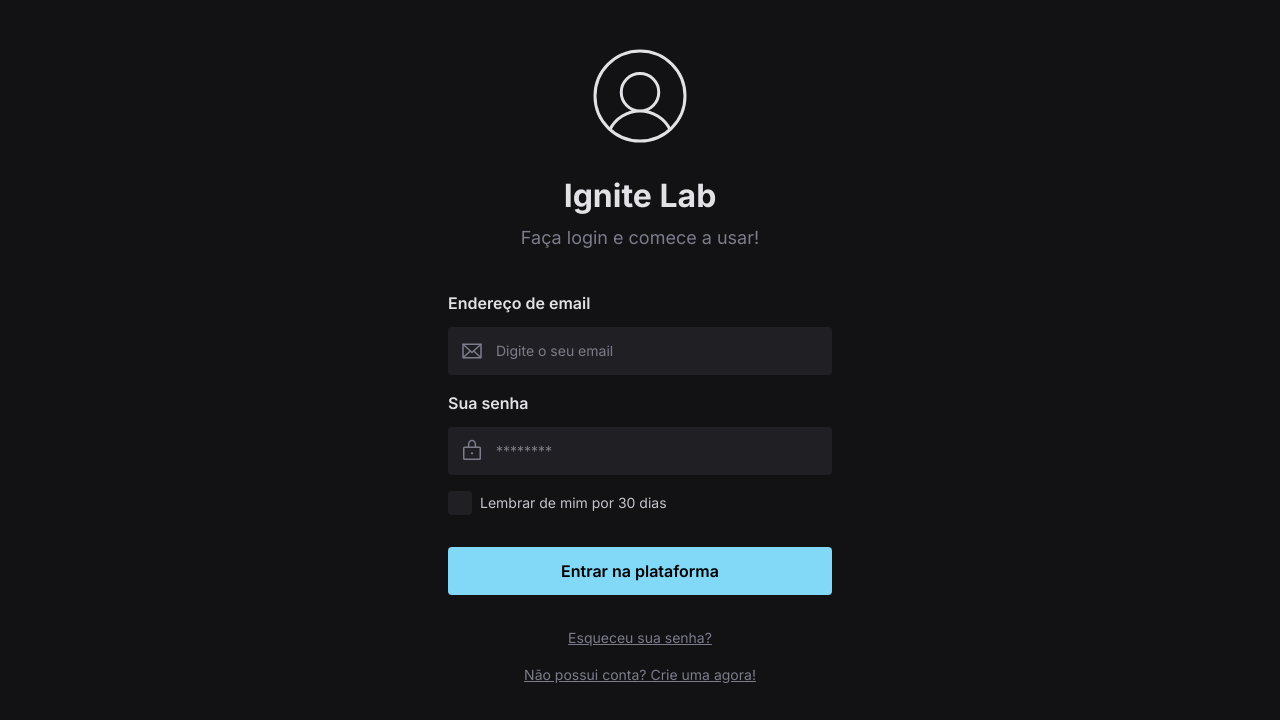
Repository: LuizAGDomingues/CreditCard-with-login
Page: /
An editor plug-in stored every save of this project. The page is shown before and after a run of saves, followed by the edit.
The browser window is 1280 px wide. The pictures show the whole page.
The project was rebuilt for these pictures with package versions that can differ from the ones it lists, and the page was loaded fresh each time. Also part of the build but not shown: vite.config.ts.

Above is the page before, as saved 2022-10-23 01:44:58.

After the next 2 saves:
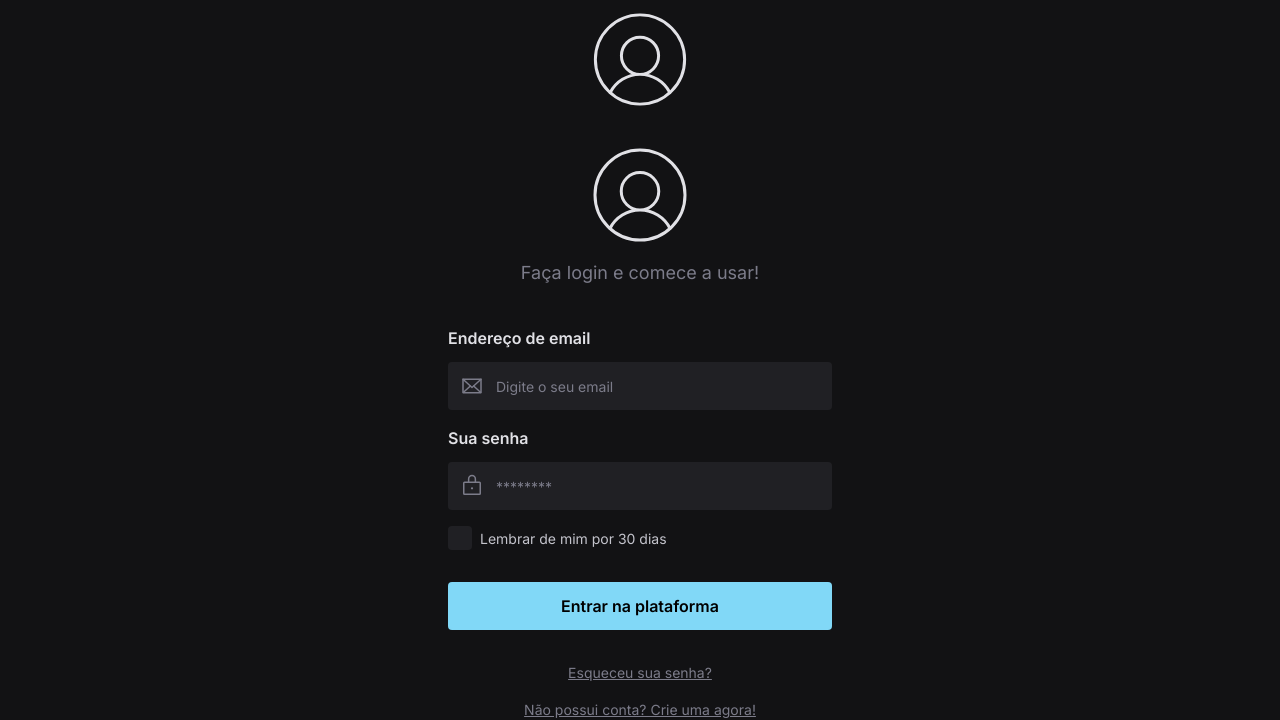
The 2 saves are shown as one change because 1 did not build or start.
The last was saved 105 s later.
--- a/src/components/Heading.tsx
+++ b/src/components/Heading.tsx
@@ -1,23 +1,31 @@
-import { ReactNode } from 'react';
-import { Slot } from '@radix-ui/react-slot';
-import { clsx } from 'clsx';
+import { SVGAttributes } from 'react';
 
-export interface HeadingProps {
-  size?: 'sm' | 'md' | 'lg';
-  children: ReactNode;
-  asChild?: boolean;
-  className?: string;
-}
+interface HeadingProps extends React.SVGAttributes<HTMLOrSVGElement>{}
 
-export function Heading({ size = 'md', children, asChild, className }: HeadingProps) {
-  const Comp = asChild ? Slot : 'h2';
+export function Heading(props: HeadingProps) {
   return (
-    <Comp className={clsx('text-gray-100 font-bold font-sans', {
-      'text-lg': size === 'sm',
-      'text-xl': size === 'md',
-      'text-2xl': size === 'lg',
-    }, className)}>
-      {children}
-    </Comp>
+    <svg
+      width={120}
+      height={120}
+      viewBox="0 0 120 120"
+      fill="none"
+      xmlns="http://www.w3.org/2000/svg"
+      {...props}
+    >
+      <path
+        d="M60 105c24.853 0 45-20.147 45-45S84.853 15 60 15 15 35.147 15 60s20.147 45 45 45z"
+        stroke="#E1E1E6"
+        strokeWidth={3}
+        strokeLinecap="round"
+        strokeLinejoin="round"
+      />
+      <path
+        d="M60 75c10.355 0 18.75-8.395 18.75-18.75S70.355 37.5 60 37.5s-18.75 8.395-18.75 18.75S49.645 75 60 75zM29.906 93.469a33.75 33.75 0 0160.188 0"
+        stroke="#E1E1E6"
+        strokeWidth={3}
+        strokeLinecap="round"
+        strokeLinejoin="round"
+      />
+    </svg>
   )
 }
